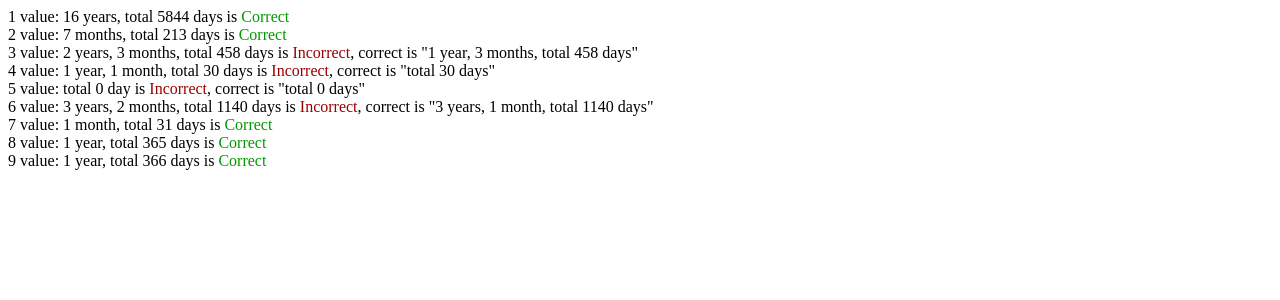
Repository: jamieking1996/tech-assessment-int
Page: index.html
An editor plug-in stored every save of this project. The page is shown before and after the next save, followed by the edit.
The browser window is 1280 px wide. The pictures show the whole page.

Above is the page before, as saved 2021-08-10 17:08:53.

### index.html
<html>
<head></head>

<body class="results"></body>

<script src="./main.js"></script>
<script src="./output.js"></script>
</html>

### main.js
/*
 * Your program must print string with the number of years and months and the total number of days between the dates.
 * Dates are provided in dd.mm.yyyy format.
 * You are not allowed to plug in JS libraries such as moment.js or date-fns directly into the code. All code need to be written in this file.
 *
 * Result must be shown as a string in years, months and total days. If years or months are 0, then it should not be displayed in the output.
 *
 * Example:
 * Input: ['01.01.2000', '01.01.2016']
 * Output:
 * '16 years, total 5844 days'
 *
 * Example 2:
 * Input: ['01.11.2015', '01.02.2017']
 *
 * Output:
 * '1 year, 3 months, total 458 days'
*/
const dates = [
    ['01.01.2000', '01.01.2016'],
    ['01.01.2016', '01.08.2016'],
    ['01.11.2015', '01.02.2017'],
    ['17.12.2016', '16.01.2017'],
    ['01.01.2016', '01.01.2016'],
    ['28.02.2015', '13.04.2018'],
    ['28.01.2015', '28.02.2015'],
    ['17.03.2022', '17.03.2023'],
    ['17.02.2024', '17.02.2025'],
];

// Receive string of dates one after each other
function outputDate(dates) {
  return getDiff(convertDateToCorrectFormat(dates[0]), convertDateToCorrectFormat(dates[1]));
}

function getDiff(d1, d2) {
  if (!isBeforeDateBeforeAfterDate(d1, d2)) {
    return new Error('First date is after second date.');
  }
  return `${yearDiff(d1, d2) ? yearDiff(d1, d2) + " " : ''}${monthDifference(d1, d2) ? monthDifference(d1, d2) + " " : ''}${totalDayDiff(d1, d2)}`;
}

function convertDateToCorrectFormat(date) {
  const splitDate = date.split('.');
  return new Date(`${splitDate[2]}-${splitDate[1]}-${splitDate[0]}`);
}

function monthDifference(beforeDate, afterDate) {
  const months = getNumberedMonthDifference(beforeDate, afterDate);
  return months <= 0 ? false : `${months} ${pluralise(months, 'month')},`;
}

function getNumberedMonthDifference(beforeDate, afterDate) {
  const monthOffset = beforeDate.getMonth() > afterDate.getMonth() ? 12 : 0;
  // get the literal day e.g is 18 < 24. If so, then -1 off return value. If not, do nothing
  return monthOffset - beforeDate.getMonth() + afterDate.getMonth();
}

function totalDayDiff(d1, d2) {
  const differenceBetweenDatesInMiliSec = Math.floor(
    d2.getTime() - d1.getTime()
  );
  const dayInMilliSeconds = 1000 * 60 * 60 * 24;
  const days = Math.floor(
    differenceBetweenDatesInMiliSec / dayInMilliSeconds
  );
  return `total ${days} ${pluralise(days, 'day')}`;
}

function yearDiff(d1, d2) {
  const years = d2.getFullYear() - d1.getFullYear();
  return years > 0 ? `${years} ${pluralise(years, 'year')},` : false;
}

function pluralise(count, word) {
  return count > 1 ? `${word}s` : word;
}

function isBeforeDateBeforeAfterDate(beforeDate, afterDate) {
  if (beforeDate.getTime() <= afterDate.getTime()) {
    return true;
  }
  return false;
}

### output.js
const correctAnswers = [
    '16 years, total 5844 days',
    '7 months, total 213 days',
    '1 year, 3 months, total 458 days',
    'total 30 days',
    'total 0 days',
    '3 years, 1 month, total 1140 days',
    '1 month, total 31 days',
    '1 year, total 365 days',
    '1 year, total 366 days'
];
let results = '';

for (let oneDate in dates) {
    const value = outputDate(dates[oneDate]);
    const num = parseInt(oneDate) + 1;
    console.log('value', value);
    console.log('correctAnswer', correctAnswers[oneDate]);

    const answer = (value === correctAnswers[oneDate] ? '<span style="color: #090">Correct</span>' : `<span style="color: #900">Incorrect</span>, correct is "${correctAnswers[oneDate]}"`);

    results += `${num} value: ${value} is ${answer}<br>`;
}

document.querySelector('.results').innerHTML = results;

After the next save:
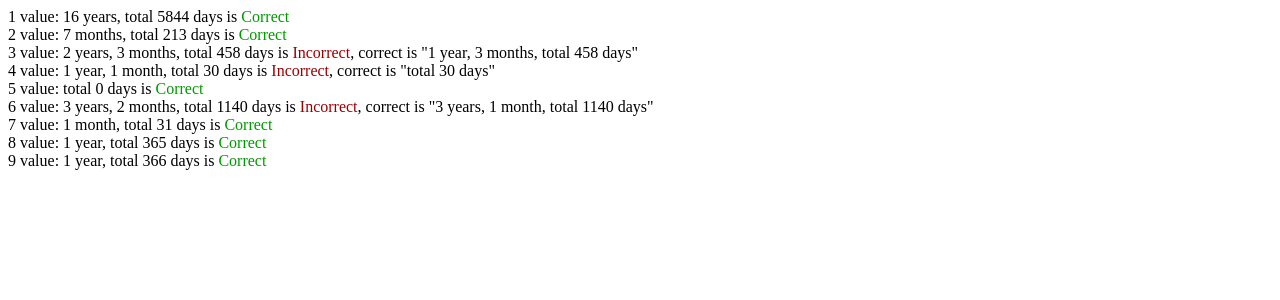
Saved 65 s later.
--- a/main.js
+++ b/main.js
@@ -73,7 +73,7 @@ function yearDiff(d1, d2) {
 }
 
 function pluralise(count, word) {
-  return count > 1 ? `${word}s` : word;
+  return count != 1 ? `${word}s` : word;
 }
 
 function isBeforeDateBeforeAfterDate(beforeDate, afterDate) {
